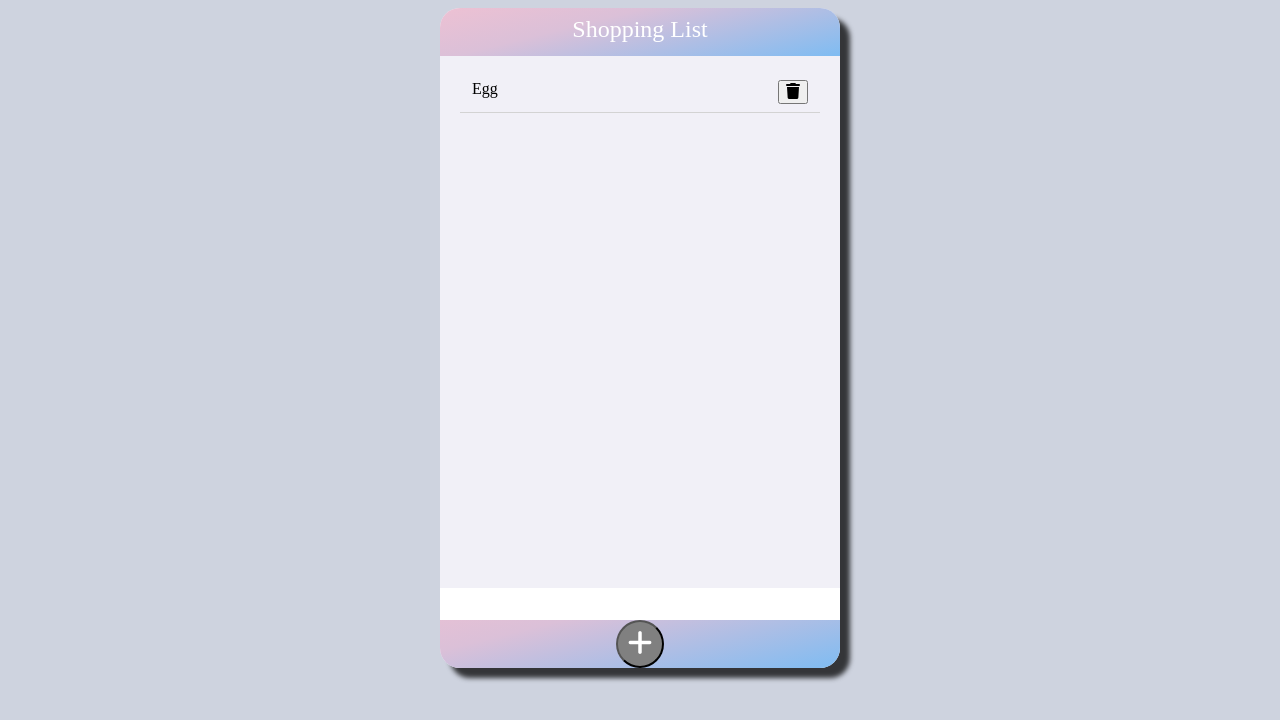
Repository: ggandory/browser101
Page: chapter5/index.html
An editor plug-in stored every save of this project. The page is shown before and after the next save, followed by the edit.
The browser window is 1280 px wide. The pictures show the whole page.
Some web libraries are served in a nearby version.

Above is the page before, as saved 2024-04-14 23:13:47.

### chapter5/index.html
<!DOCTYPE html>
<html lang="en">
  <head>
    <meta charset="UTF-8" />
    <meta name="viewport" content="width=device-width, initial-scale=1.0" />
    <title>Shopping List</title>
    <script src="main.js" defer></script>
    <script
      src="https://kit.fontawesome.com/9eb162ac0d.js"
      crossorigin="anonymous"
    ></script>
    <link rel="stylesheet" href="style.css" />
  </head>
  <body>
    <section class="list">
      <header class="header">Shopping List</header>
      <ul class="items">
        <li class="item_row">
          <div class="item">
            <span class="item_name">Egg</span>
            <button class="item_delete">
              <i class="fa-solid fa-trash"></i>
            </button>
          </div>
          <div class="item_divider"></div>
        </li>
      </ul>
      <footer class="footer">
        <input type="text" class="footer_input" />
        <button class="footer_button">
          <i class="fa-solid fa-plus"></i>
        </button>
      </footer>
    </section>
  </body>
</html>

### chapter5/style.css
* {
  box-sizing: border-box;
}

ul {
  padding: 0;
}

.button {
  outline: none;
  background: transparent;
  border: none;
  cursor: pointer;
}

body {
  background-color: #ced3df;
  text-align: center;
}

.list {
  width: 400px;
  margin: auto;
  background-color: #f1f0f7;
  border-radius: 20px;
  box-shadow: 10px 10px 5px 0px rgba(0, 0, 0, 0.75);
  -webkit-box-shadow: 10px 10px 5px 0px rgba(0, 0, 0, 0.75);
  -moz-box-shadow: 10px 10px 5px 0px rgba(0, 0, 0, 0.75);
}

.header {
  height: 48px;
  padding: 8px;
  font-size: 24px;
  background: rgba(237, 193, 211);
  background: linear-gradient(
    166deg,
    rgba(237, 193, 211, 1) 0%,
    rgba(219, 192, 216, 1) 35%,
    rgba(127, 188, 242, 1) 100%
  );
  border-radius: 20px 20px 0 0;
  color: white;
}
.items {
  height: 500px;
  overflow-y: auto;
}
.item {
  display: flex;
  justify-content: space-between;
  padding: 8px 32px;
}
.item_delete {
  font-size: 16px;
  transition: all 300ms ease-in;
}
.item_delete:hover {
  color: red;
  transform: scale(1.1);
}
.item_divider {
  width: 90%;
  height: 1px;
  background-color: lightgray;
  margin: auto;
}

.footer {
  background: rgba(237, 193, 211);
  background: linear-gradient(
    166deg,
    rgba(237, 193, 211, 1) 0%,
    rgba(219, 192, 216, 1) 35%,
    rgba(127, 188, 242, 1) 100%
  );
  border-radius: 0 0 20px 20px;
}

.footer_input {
  width: 100%;
  height: 32px;
  border: none;
  outline: none;
  font-size: 24px;
  padding: 0 16px;
}
.footer_button {
  width: 48px;
  height: 48px;
  font-size: 28px;
  background-color: gray;
  border-radius: 50%;
  color: white;
  transition: transform 300ms ease-in;
}

.footer_button:hover {
  transform: scale(1.1);
}

Loaded but not shown: chapter5/main.js (no stored copy; drawn as an empty file)

After the next save:
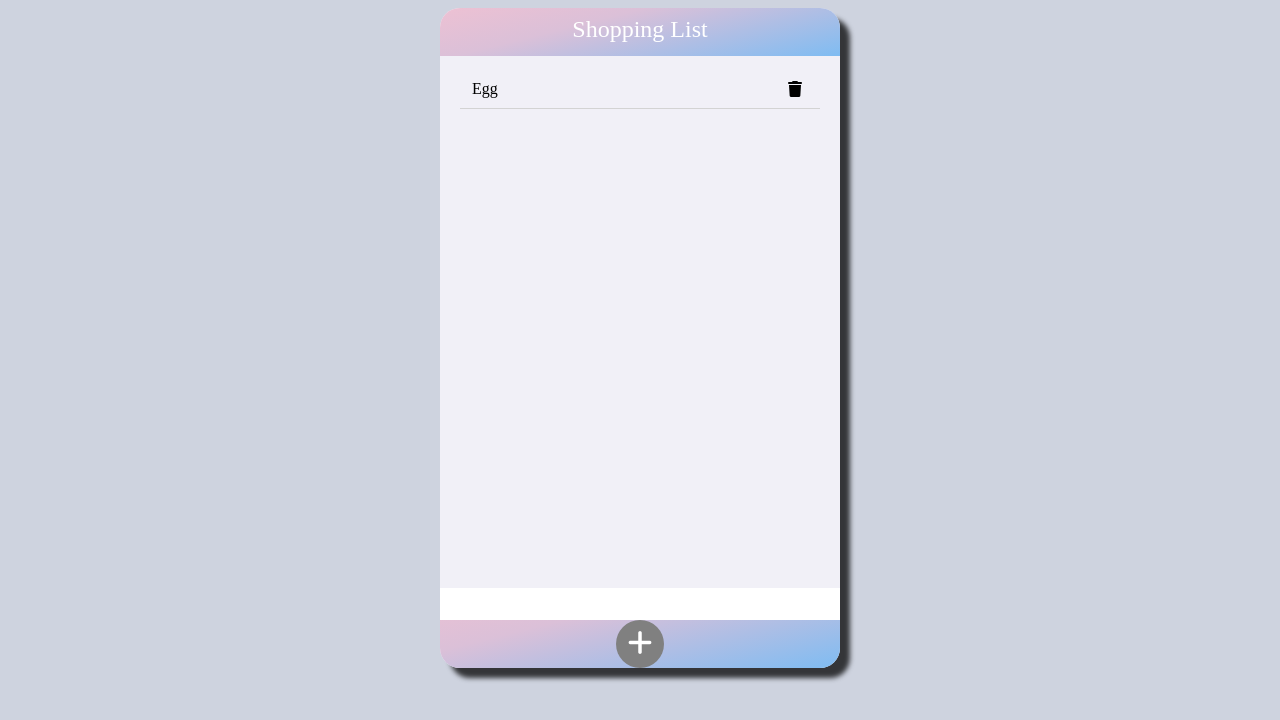
Saved 5 min 25 s later.
--- a/chapter5/style.css
+++ b/chapter5/style.css
@@ -6,7 +6,7 @@ ul {
   padding: 0;
 }
 
-.button {
+button {
   outline: none;
   background: transparent;
   border: none;
